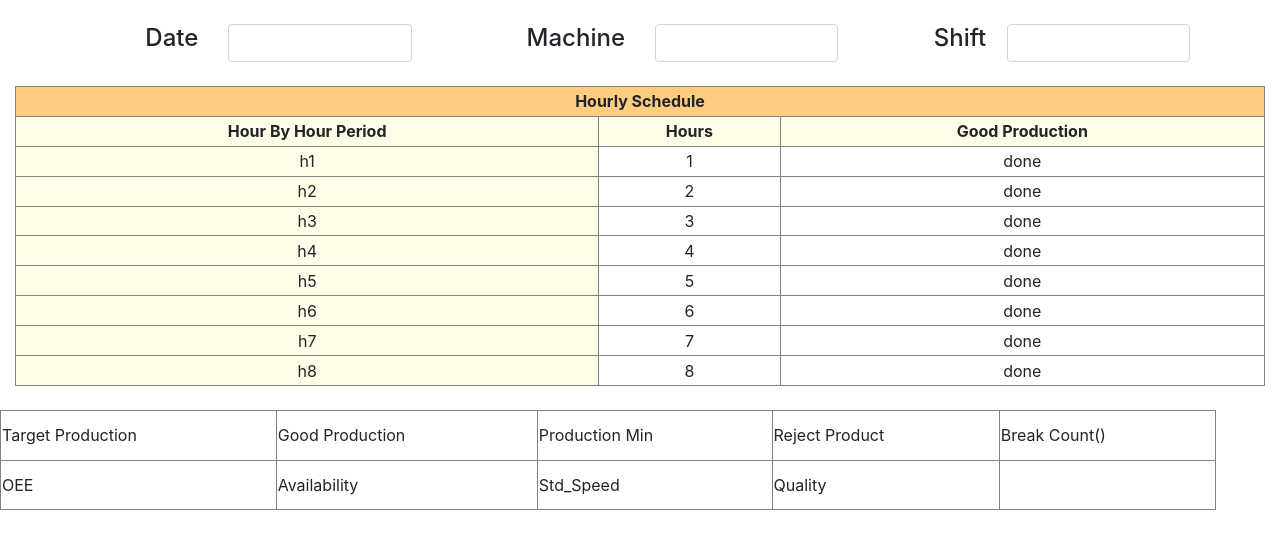
Repository: hisamit97/TVS-Locas
Page: index.html
An editor plug-in stored every save of this project. The page is shown before and after the next save, followed by the edit.
The browser window is 1280 px wide. The pictures show the whole page.

Above is the page before, as saved 2020-12-01 11:47:56.

After the next save:
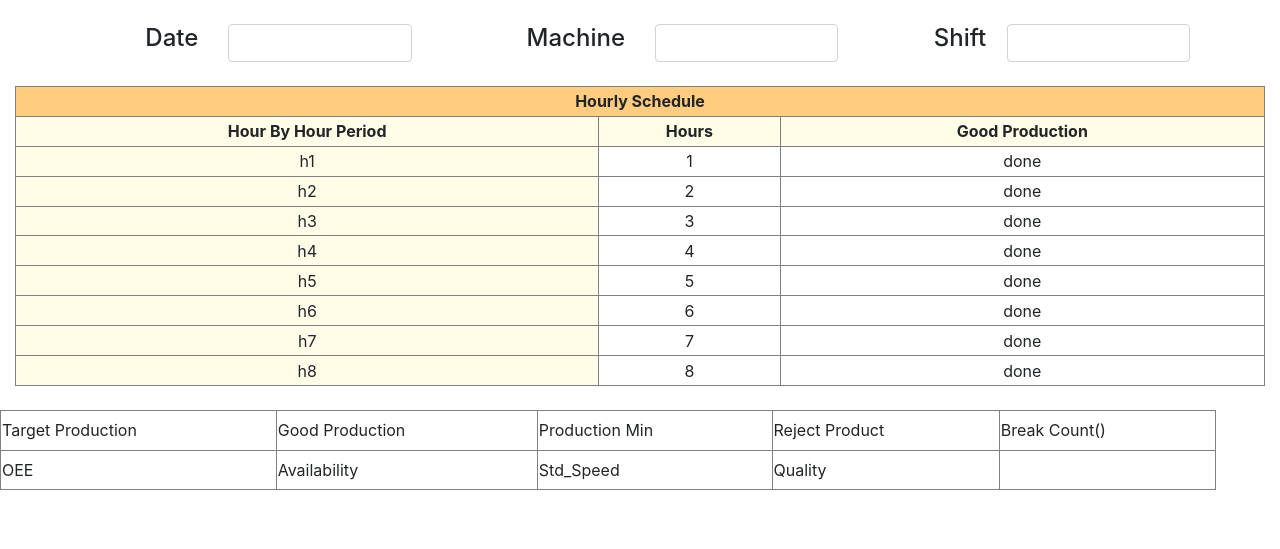
Saved 14 s later.
--- a/index.html
+++ b/index.html
@@ -93,7 +93,7 @@
         </div>
         <br>
         <div class="row">
-            <table width="95%" border=1 height="100px">
+            <table width="95%" border=1 height="80px">
                 <tr>
                     <td>Target Production</td>
                     <td>Good Production</td>
